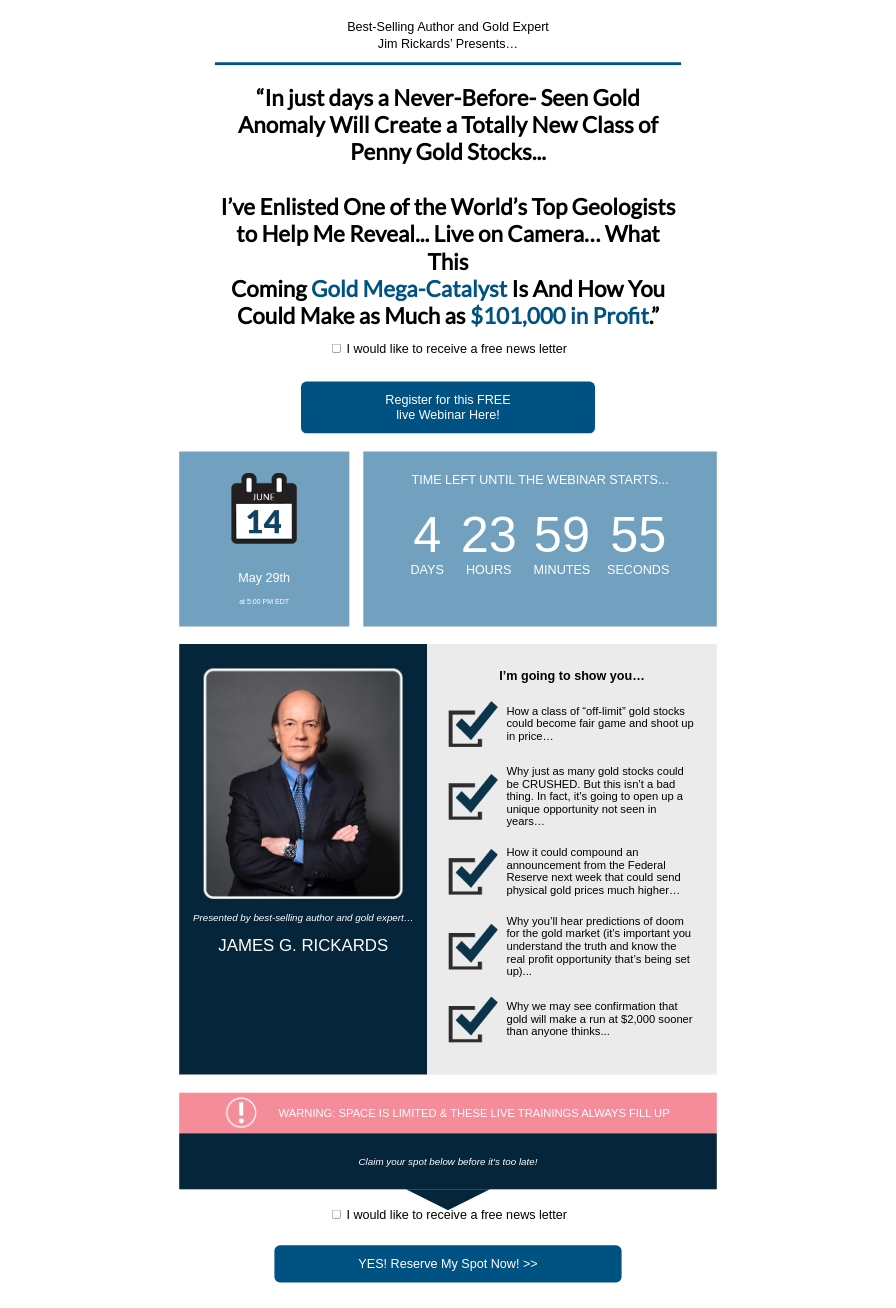
Repository: KrystellBarraza/Test
Page: index.html
The author's editor kept a copy of each file at every save. The page is drawn from the files as they stood at one save, then again after the next save.
The browser window is 1280 px wide. The pictures show the whole page, at 70% of full size.

Above is the page before, as saved 2019-10-07 14:47:52.

After the next save:
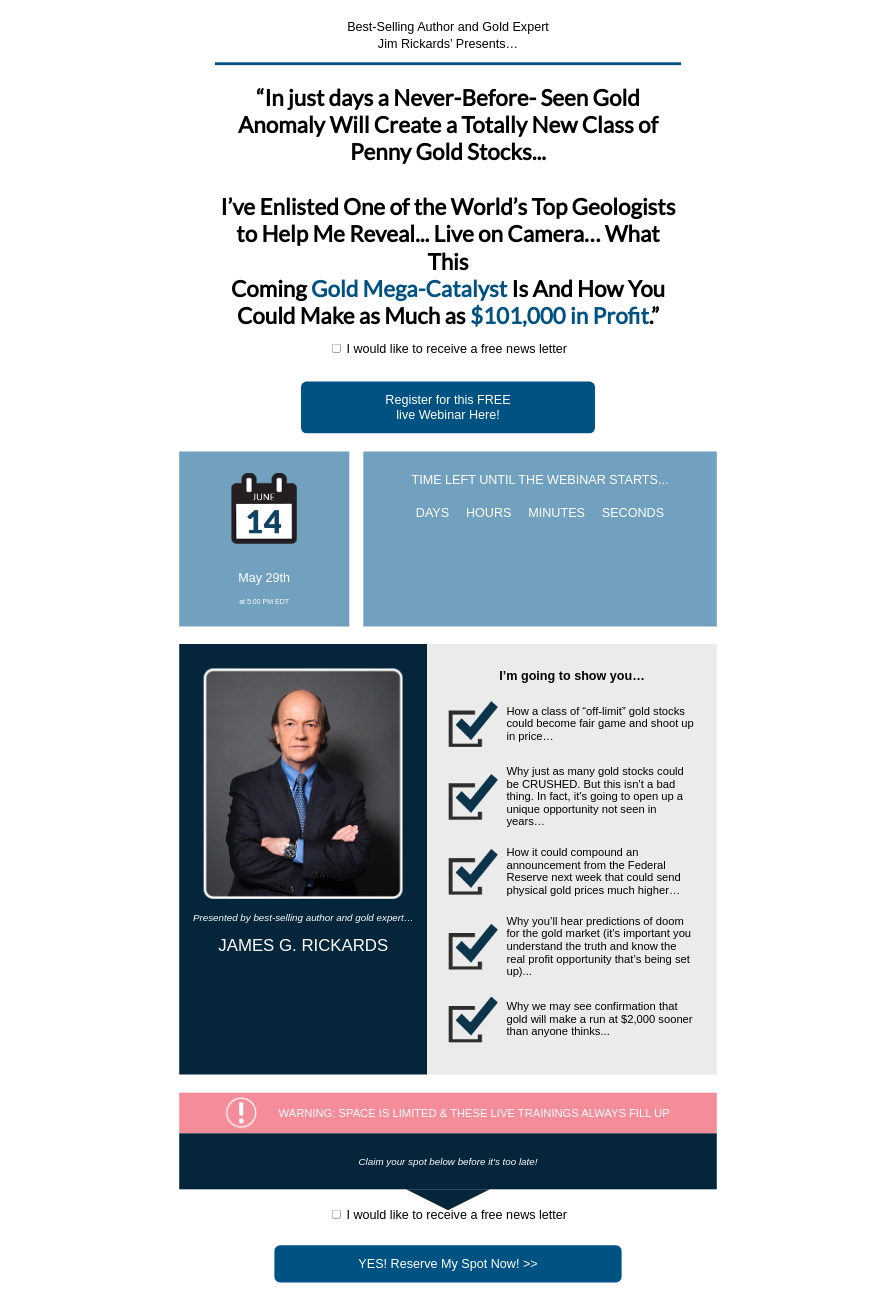
Console error: SyntaxError: Unexpected token '.'
Saved 3 min 55 s later.
--- a/app.js
+++ b/app.js
@@ -30,6 +30,6 @@
 // 3. Calls a message only if check boxes are unchecked
 function message() {
     let checkState = document.getElementById('check-top');
-    if (checkState.checked)
+    if (checkState).prop('checked', false);
     alert("Please confirm that you would like to recieve a free news letter before proceeding.");
 }

After the 2 saves that followed:
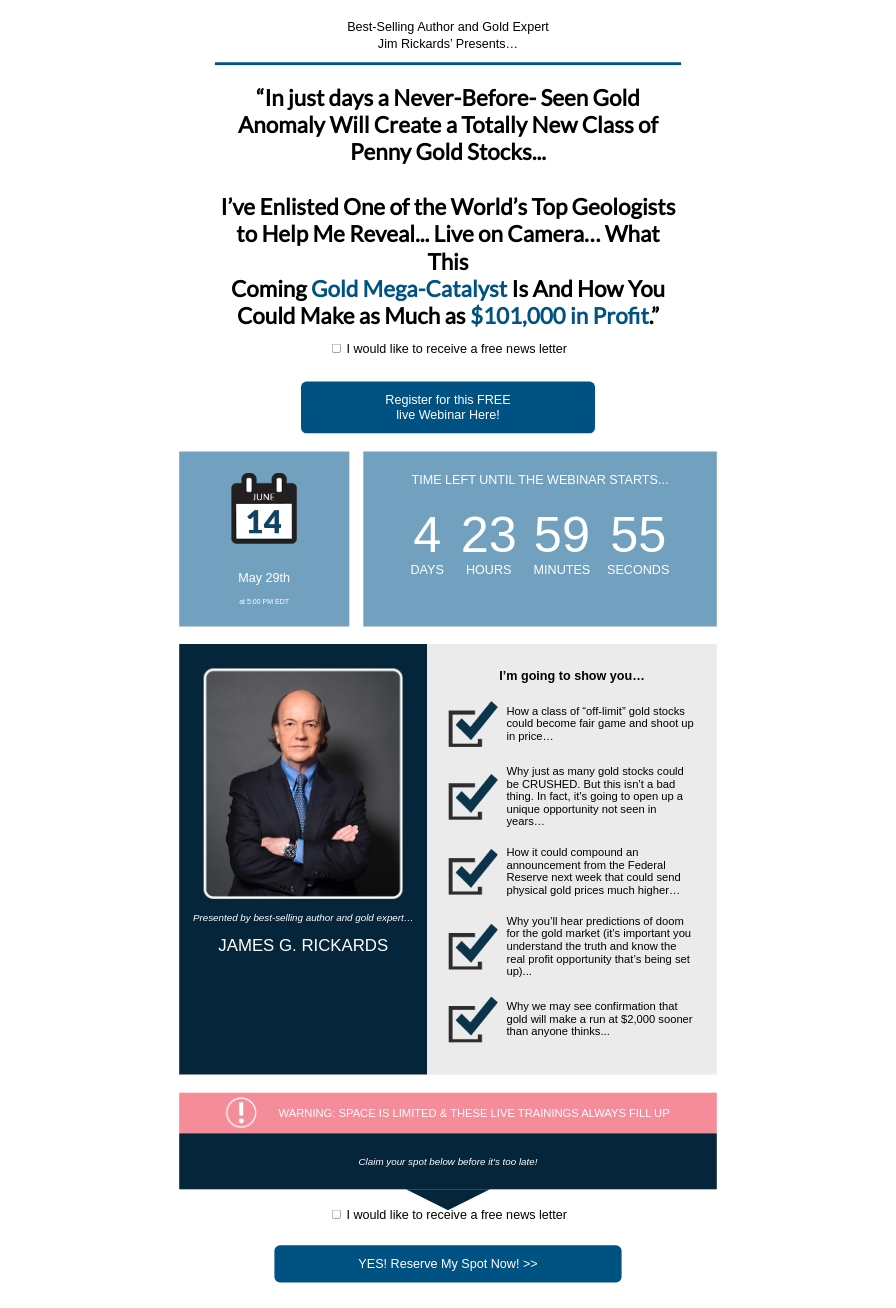
The error is gone.
The 2 saves are shown as one change because 1 left the picture as it was.
The last was saved 3 min 30 s later.
--- a/app.js
+++ b/app.js
@@ -29,7 +29,6 @@
 
 // 3. Calls a message only if check boxes are unchecked
 function message() {
-    let checkState = document.getElementById('check-top');
-    if (checkState).prop('checked', false);
+    if ('.check-top')[0].checked = false;
     alert("Please confirm that you would like to recieve a free news letter before proceeding.");
 }
